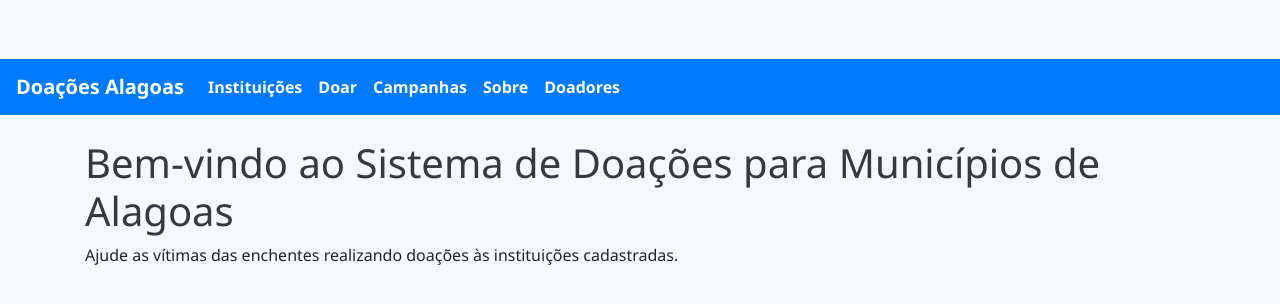
Repository: rafaelcrb/mvp-doacoes-alagoas
Page: http://localhost/
An editor plug-in stored every save of this project. The page is shown before and after the next save, followed by the edit.
The browser window is 1280 px wide. The pictures show the whole page.
The page is served by the project's application, run on Flask 3 (app.py).

Above is the page before, as saved 2025-05-27 07:33:33.
Console error: ReferenceError: $ is not defined

After the next save:
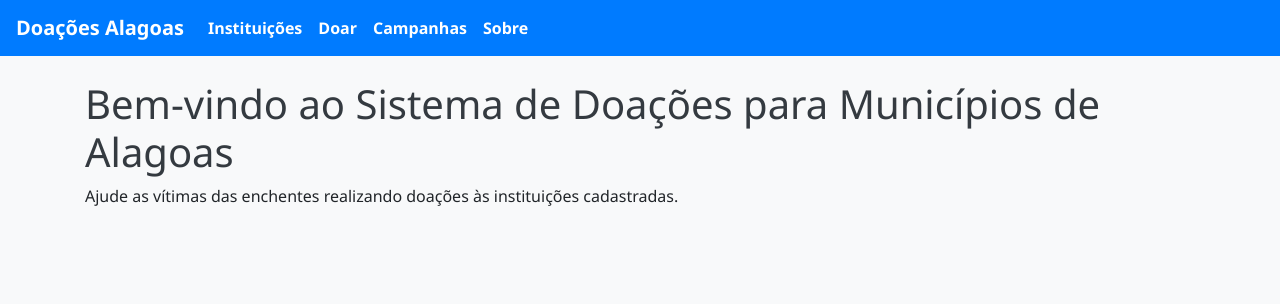
The error is gone.
Saved 47 s later.
--- a/templates/base.html
+++ b/templates/base.html
@@ -6,8 +6,33 @@
     <link rel="stylesheet" href="https://stackpath.bootstrapcdn.com/bootstrap/4.5.2/css/bootstrap.min.css">
     <link rel="stylesheet" href="{{ url_for('static', filename='style.css') }}">
     <link rel="stylesheet" href="https://cdnjs.cloudflare.com/ajax/libs/font-awesome/6.4.0/css/all.min.css">
+    <script src="https://code.jquery.com/jquery-3.5.1.slim.min.js"></script>
+    <script src="https://cdn.jsdelivr.net/npm/bootstrap@4.5.2/dist/js/bootstrap.bundle.min.js"></script>
+</head>
+<body>
 
-</head>
+<nav class="navbar navbar-expand-lg navbar-light bg-light">
+  <a class="navbar-brand" href="/">Doações Alagoas</a>
+  <ul class="navbar-nav">
+    <li class="nav-item"><a class="nav-link" href="/instituicoes">Instituições</a></li>
+    <li class="nav-item"><a class="nav-link" href="/doar">Doar</a></li>
+    <li class="nav-item"><a class="nav-link" href="/campanhas">Campanhas</a></li>
+    <li class="nav-item"><a class="nav-link" href="/sobre">Sobre</a></li>
+  </ul>
+</nav>
+
+<div class="container mt-4">
+  {% with messages = get_flashed_messages() %}
+    {% if messages %}
+      <div class="alert alert-success">
+        {{ messages[0] }}
+      </div>
+    {% endif %}
+  {% endwith %}
+
+  {% block content %}{% endblock %}
+</div>
+
 <div class="toast" role="alert" aria-live="assertive" aria-atomic="true" data-delay="3000">
   <div class="toast-body">
     Ação realizada com sucesso!
@@ -15,25 +40,10 @@
 </div>
 
 <script>
-  $('.toast').toast('show');
+  $(document).ready(function(){
+    $('.toast').toast('show');
+  });
 </script>
 
-<body>
-<nav class="navbar navbar-expand-lg navbar-light bg-light">
-  <a class="navbar-brand" href="/">Doações Alagoas</a>
-  <div class="collapse navbar-collapse">
-    <ul class="navbar-nav">
-      <li class="nav-item"><a class="nav-link" href="/instituicoes">Instituições</a></li>
-      <li class="nav-item"><a class="nav-link" href="/doar">Doar</a></li>
-      <li class="nav-item"><a class="nav-link" href="/campanhas">Campanhas</a></li>
-      <li class="nav-item"><a class="nav-link" href="/sobre">Sobre</a></li>
-      <li class="nav-item"><a class="nav-link" href="/doadores">Doadores</a></li>
-
-    </ul>
-  </div>
-</nav>
-<div class="container mt-4">
-    {% block content %}{% endblock %}
-</div>
 </body>
 </html>
